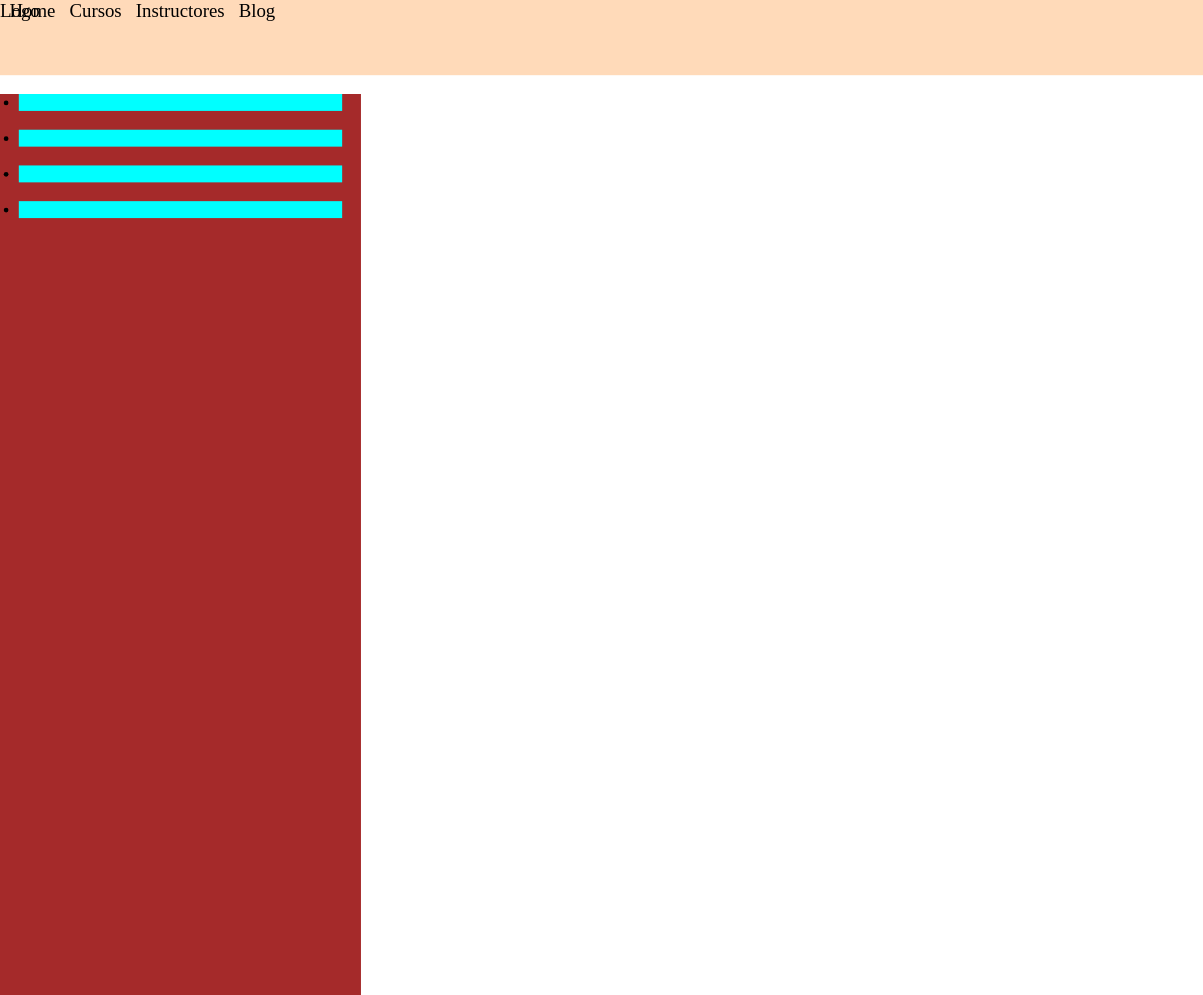
Repository: Daniel009980/daniel0099980
Page: desafiolayout1/index.html
An editor plug-in stored every save of this project. The page is shown before and after the next save, followed by the edit.
The browser window is 1280 px wide. The pictures show the whole page, at 94% of full size.

Above is the page before, as saved 2022-09-21 06:02:57.

### desafiolayout1/index.html
<!DOCTYPE html>
<html lang="en">
<head>
    <meta charset="UTF-8">
    <meta http-equiv="X-UA-Compatible" content="IE=edge">
    <meta name="viewport" content="width=device-width, initial-scale=1.0">
    <title>Desafio layout 1</title>
    <link rel="stylesheet" href="./style.css">
</head>
<body>
    <header class="cabeza">

    <p>Logo</p>
        <ul class="nav">
            <li>Home</li>
            <li>Cursos</li>
            <li>Instructores</li>
            <li>Blog</li>
        </ul>
    </header>
<section>
<ul class="ad">
    <li></li>
    <li></li>
    <li></li>
    <li></li>
</ul>
</section>
</body>
</html>

### desafiolayout1/style.css
*{
    box-sizing: border-box;
    margin: 0;
    padding: 0;
}

.nav li{
    display: inline-block;
    padding-left: 10px;
}

p{
    display: inline-block;
    font-size: 20px;
    position: absolute;
}

.cabeza{
    background-color: peachpuff;
    height: 80px;
    display: flex;
    justify-content: space-between;
}
.nav {
    list-style: none;
    font-size: 20px;
    text-align: right;
}


.ad li{
    background-color: aqua;
    margin: 20px;

}
section{
    width: 30%;

                   /* esto es para delimitar el tamaño del ancho de la seccionq ue estamos mandando a llamar */
    min-height: 959px;                  /* aqui le estamo diciendoa la seccion que su tamaño minimo sera de 500 pixeles pero si tiene mas contenido no deja de crecer hasta que el contenido termine de crecer y asi evitamos el overflow de contenido */
   background-color: brown;                       /* aqui significa que le agregue 0 de arriba y abajo pero que de los lados lo ajuste automaticamente por eso queda cemtrado */

}

After the next save:
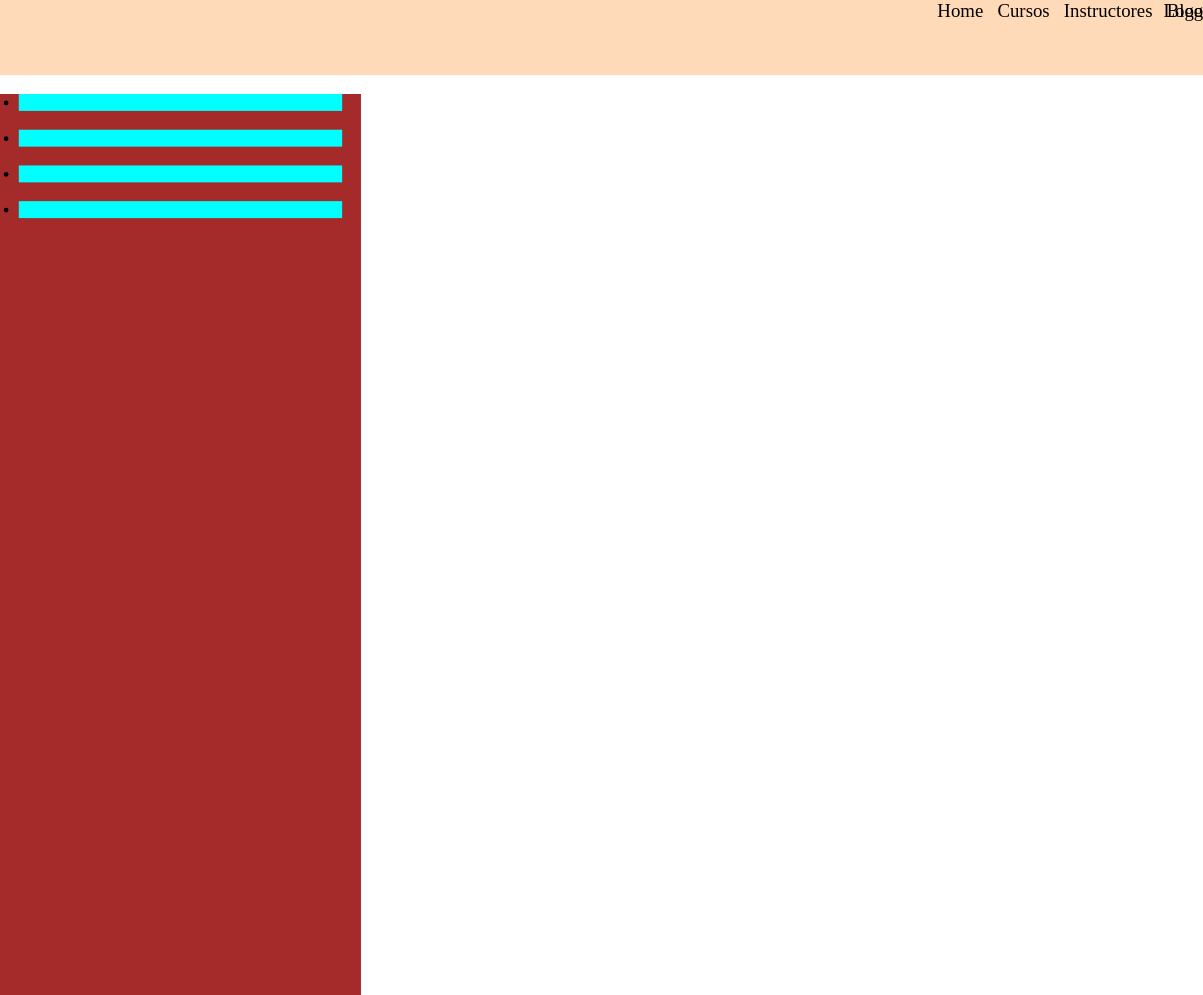
Saved 13 s later.
--- a/desafiolayout1/style.css
+++ b/desafiolayout1/style.css
@@ -19,7 +19,7 @@
     background-color: peachpuff;
     height: 80px;
     display: flex;
-    justify-content: space-between;
+    justify-content: right;
 }
 .nav {
     list-style: none;

After the save that followed:
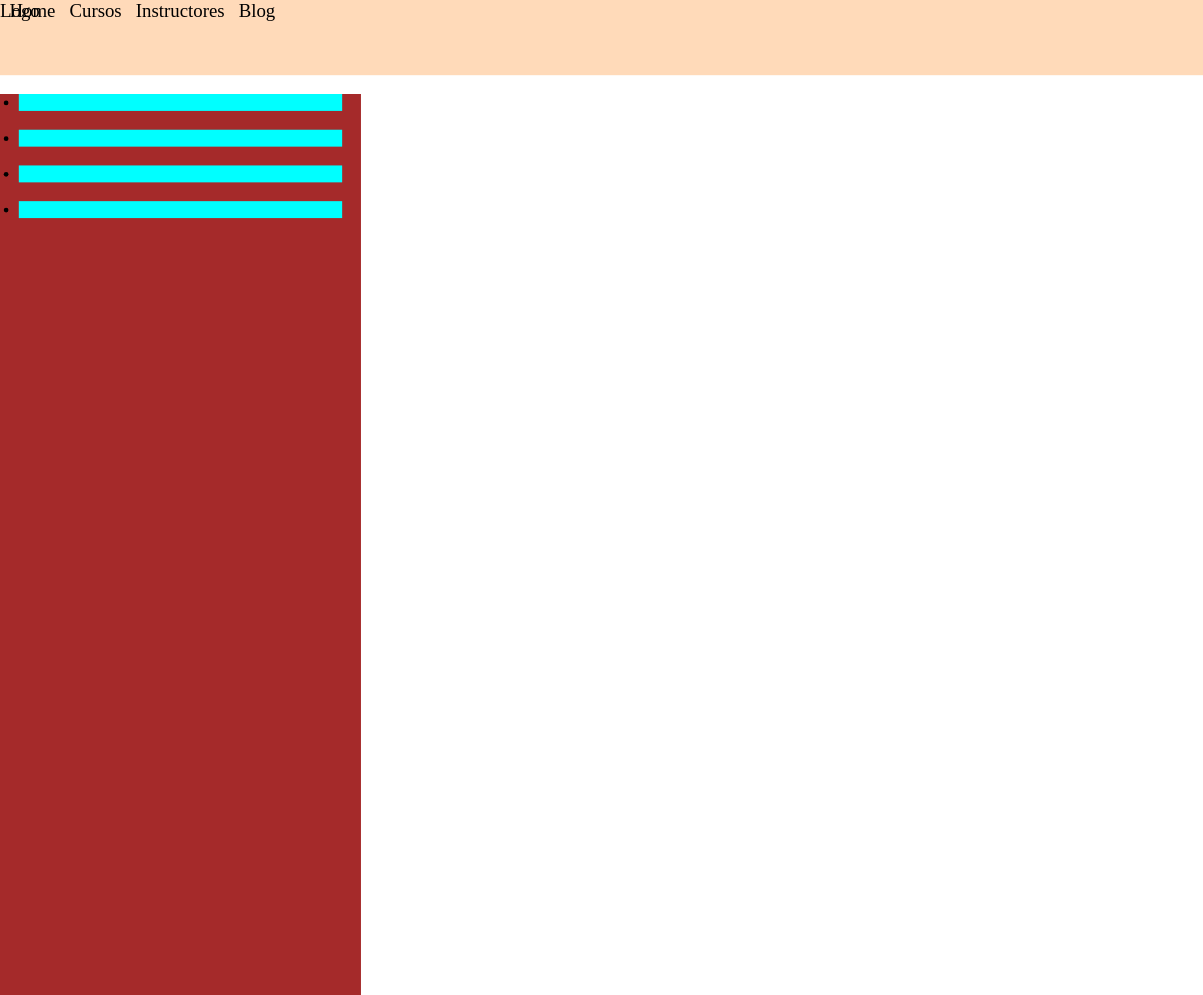
Saved 4 min 31 s later.
--- a/desafiolayout1/style.css
+++ b/desafiolayout1/style.css
@@ -19,7 +19,7 @@
     background-color: peachpuff;
     height: 80px;
     display: flex;
-    justify-content: right;
+    justify-content: space-between;
 }
 .nav {
     list-style: none;
